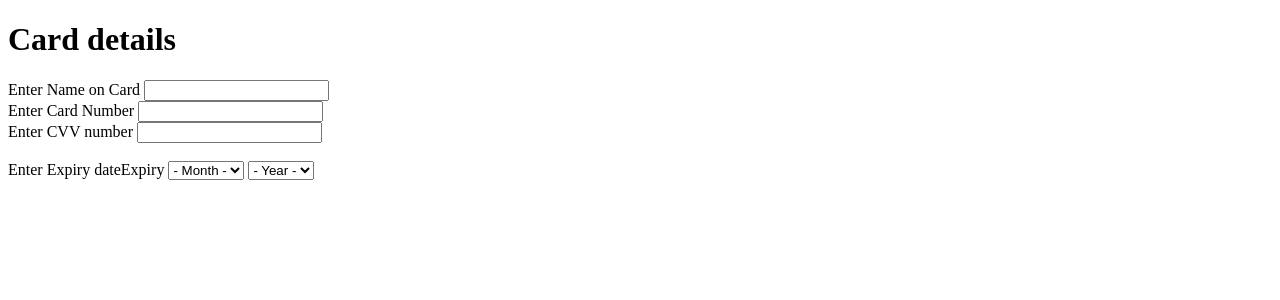
Repository: ajlazy/Day10
Page: CreditCard/WebContent/CreditCard.html
An editor plug-in stored every save of this project. The page is shown before and after the next save, followed by the edit.
The browser window is 1280 px wide. The pictures show the whole page.

Above is the page before, as saved 2018-09-06 09:12:35.

After the next save:
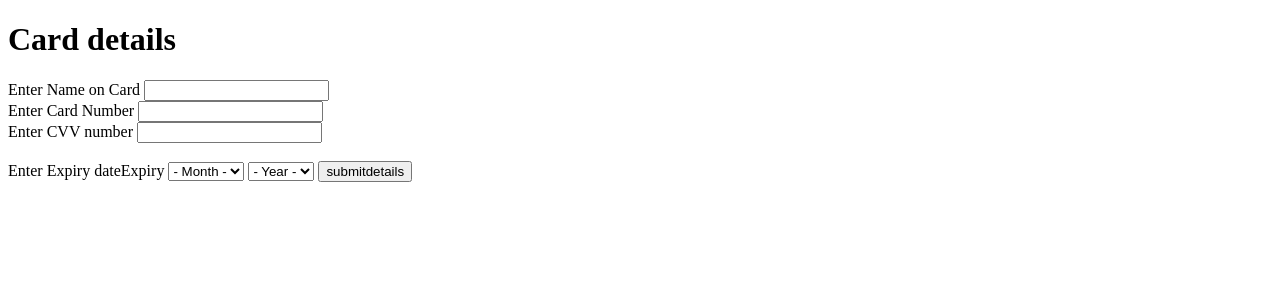
Saved 55 s later.
--- a/CreditCard/WebContent/CreditCard.html
+++ b/CreditCard/WebContent/CreditCard.html
@@ -49,6 +49,7 @@
 	<option value="18">18</option>
 
 </select>
+<input type="submit" value="submitdetails">
 </form>
 
 </body>
